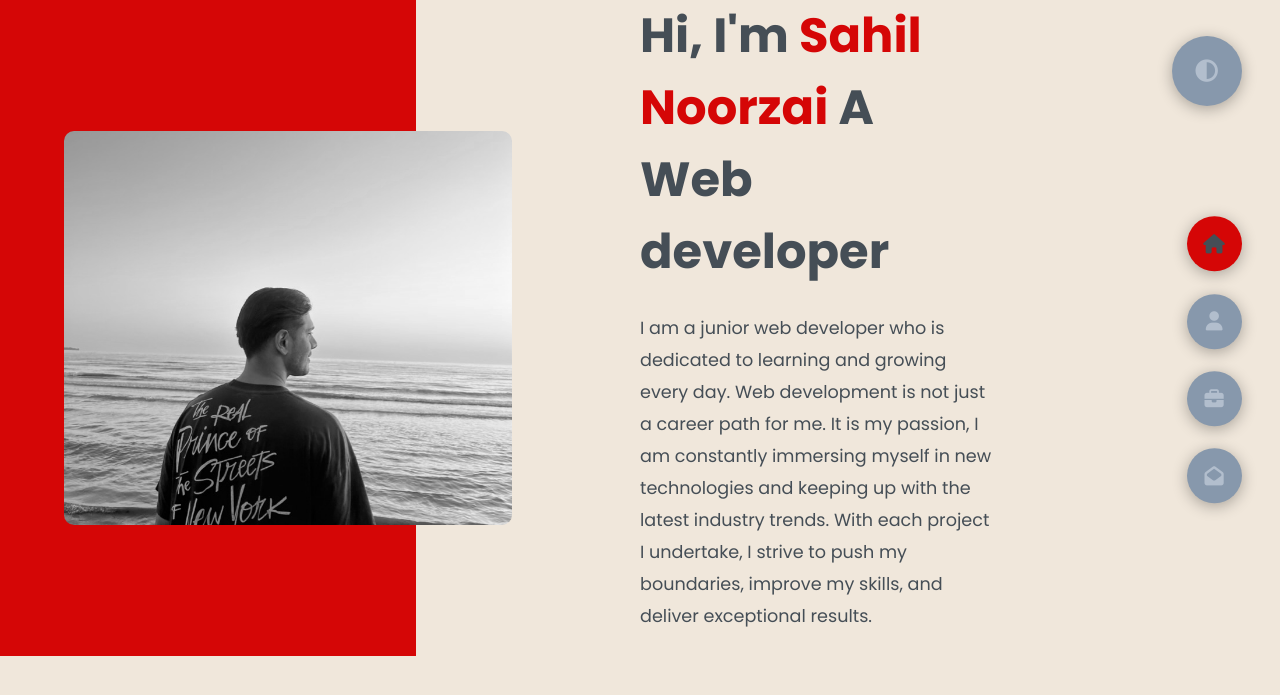
Repository: nftGambler/noorzai-portfolio
Page: index.html
An editor plug-in stored every save of this project. The page is shown before and after the next save, followed by the edit.
The browser window is 1280 px wide. The pictures show the whole page.
After loading, the first visible `div.theme-btn` was clicked once.
The style sheet was rebuilt from its Sass, Less or Tailwind sources for each picture, by a compiler version that may differ from the author's.

Above is the page before, as saved 2023-11-23 21:33:29.

### index.html
<!DOCTYPE html>
<html lang="en">
<head>



  <link rel="stylesheet" href="https://cdnjs.cloudflare.com/ajax/libs/font-awesome/6.4.0/css/all.min.css" integrity="sha512-iecdLmaskl7CVkqkXNQ/ZH/XLlvWZOJyj7Yy7tcenmpD1ypASozpmT/E0iPtmFIB46ZmdtAc9eNBvH0H/ZpiBw==" crossorigin="anonymous" referrerpolicy="no-referrer">
  <link rel="stylesheet" href="/style/styles.css">
  <link rel="preconnect" href="https://fonts.googleapis.com">
  <link rel="preconnect" href="https://fonts.gstatic.com" crossorigin>
  <link href="https://fonts.googleapis.com/css2?family=Poppins:wght@400;500;600;700;800&display=swap" rel="stylesheet">
  <meta charset="UTF-8">
  <meta http-equiv="X-UA-Compatible" content="IE=edge">
  <meta name="viewport" content="width=device-width, initial-scale=1.0">
  <title>Portfolio</title>
</head>
<body class="main-content">

<header class="section sec1 header active" id="home">
  <div class="header-content">
    <div class="left-header">
      <div class="h-shape"></div>
      <div class="image">
        <img src="/images/D34CA683-6714-454B-97C2-18B314A18C3F_1_105_c.jpeg">
      </div>


    </div>
    <div class="right-header">
  <h1 class="name">Hi, I'm <span>Sahil Noorzai</span> A Web developer</h1>
  <p>
    I am a junior web developer who is dedicated to learning and growing
    every day. Web development is not just a career path for me. It is my passion, I am constantly
    immersing myself in new technologies and keeping up with the latest industry trends.
    With each project I undertake, I strive to push my boundaries, improve my skills, and deliver exceptional results.
  </p>

    </div>
  </div>

</header>

<main>
  <section class="section sec2 about" id="about">

    <div class="main-title">
        <h2>About <span>me</span> <span class="bg-text"></span></h2>
    </div>

    <div class="about-container">
      <div class="left-about">
        <h4>Information About me</h4>
        <p>
          As a passionate front-end developer, I have embarked on an inspiring self-taught
          journey for the past 1.5 years. Motivated by deep curiosity for web development and a desire
          to expand my skillset, I have dedicated countless hours to honing my craft independently. Throughout this time,
          I have proactively sought out a diverse range of resources, online tutorials, and coding communities, which have played
          a pivotal role in shaping my expertise. From humble beginnings to successfully completing numerouse personal projects, each step
          of this transformative journey has reinforced my adaptabillity, resourcefulness, and unwavering commitment to excellence in front-end development.
        </p>

        <div class="btn-con">

        </div>

      </div>

      <div class="right-about">
        <div class="about-item">
          <div class="abt-text">
            <p class="large-text">Javascript</p>

          </div>
        </div>
        <div class="about-item">
          <div class="abt-text">
            <p class="large-text">React JS</p>

          </div>
        </div>
        <div class="about-item">
          <div class="abt-text">
            <p class="large-text">HTML/HTML5</p>

          </div>
        </div>
        <div class="about-item">
          <div class="abt-text">
            <p class="large-text">CSS/Tailwind-CSS</p>

          </div>
        </div>
      </div>

    </div>

    <div class="about-stats">
      <h4 class="stat-title">My Skills</h4>
  </section>


  <section class="section sec3 portfolio" id="portfolio">

  <div class="main-title">
      <h2>My <span>Portfolio</span><span class="bg-text"></span></h2>
  </div>
  <p class="port-text">
    Several hands-on projects from reputable online courses and tutorials.
  </p>

<div class="portfolios">



  <div class="portfolio-item">
    <div class="image">
      <img src="/images/pngwing.com-3.png" alt="">
    </div>
    <div class="hover-items">

      <h3>Project Source</h3>
      <div class="icons">
        <a class="icon" href="https://countriesrestapiproject.netlify.app" target="_blank">
          <i class="fab fa-github"></i>
        </a>
      </div>

    </div>


  </div>


  <div class="portfolio-item">
    <div class="image">
      <img src="/images/crypto.png" alt="">
    </div>
    <div class="hover-items">

      <h3>Project Source</h3>
      <div class="icons">
        <a class="icon" href="https://crypto-project-portfolio.netlify.app" target="_blank">
          <i class="fab fa-github"></i>
        </a>
      </div>

    </div>


  </div>





  <div class="portfolio-item">
    <div class="image">
      <img src="/images/6831872.png" alt="">
    </div>
    <div class="hover-items">

      <h3>Project Source</h3>
      <div class="icons">
        <a class="icon" href="https://nftgambler.github.io/Game/" target="_blank">
          <i class="fab fa-github"></i>
        </a>
      </div>

    </div>


  </div>


  <div class="portfolio-item">
    <div class="image">
      <img src="/images/pngwing.com (1).png" alt="">
    </div>
    <div class="hover-items">

      <h3>Project Source</h3>
      <div class="icons">
        <a class="icon" href="https://amazon-portfolio-project.netlify.app/" target="_blank">
          <i class="fab fa-github"></i>
        </a>
      </div>

    </div>


  </div>


  <div class="portfolio-item">
    <div class="image">
      <img src="/images/youtube-logo-png-2067.png" alt="">
    </div>
    <div class="hover-items">

      <h3>Project Source</h3>
      <div class="icons">
        <a class="icon" href="https://youtube-portfolio-project.netlify.app" target="_blank">
          <i class="fab fa-github"></i>
        </a>
      </div>

    </div>


  </div>




  <div class="portfolio-item">
    <div class="image">
      <img src="/images/icons8-pair-app-500.png" alt="">
    </div>
    <div class="hover-items">

      <h3>Project Source</h3>
      <div class="icons">
        <a class="icon" href="https://small-api-project.netlify.app" target="_blank">
          <i class="fab fa-github"></i>
        </a>
      </div>

    </div>


  </div>
</div>


  </section>


  <section class="section sec5 contacts" id="contact">

    <div class="contact-container">
      <div class="main-title">
        <h2>Contact<span>Me</span><span class="bg-text"></span></h2>
      </div>
      <div class="contact-content-container">
        <div class="left-contact">

          <div class="contact-info">
            <div class="contact-item">
              <div class="icon">
                <i class="fas fa-envelope"></i>
                <span>Email</span>
              </div>
              <p>
                <span>sharo.s.n@hotmail.com</span>
              </p>
            </div>

            <div class="contact-item">
              <div class="icon">
                <i class="fas fa-user-graduate"></i>
                <span>Mobile Number</span>
              </div>
              <p>
                <span>438-528-6982</span>
              </p>
            </div>


            <div class="contact-item">
              <div class="icon">
                <i class="fas fa-map-marker-alt"></i>
                <span>Location</span>
              </div>
              <p>
                <span>
                  Montreal, Canada
                </span>
              </p>
            </div>


            <div class="contact-item">
              <div class="icon">
                <i class="fa-solid fa-globe"></i>
                <span>Languages</span>
              </div>
              <p>
                <span>
                  German, Persian, English
                </span>
              </p>
            </div>
          </div>



        </div>



          <div class="right-contact">

            <form action="mailto:sharo.s.n@hotmail.com" method="post" enctype="text/plain">
              <div class="form-group">
                <label for="name">Name:</label>
                <input class="input-control" type="text" id="name" name="name" required>
              </div>
              <div class="form-group">
                <label for="email">Email:</label>
                <input class="input-control" type="email" id="email" name="email" required>
              </div>
              <div class="form-group">
                <label for="message">Message:</label>
                <textarea class="input-control" id="message" name="message" rows="4" required></textarea>
              </div>
              <button class="submit-btn" type="submit">Send</button>
            </form>
          </div>




      </div>

    </div>

  </section>


</main>


<div class="controlls">
  <div class="control control-1 active-btn" data-id="home">
    <i class="fas fa-house"></i>
  </div>
  <div class="control control-2" data-id="about">
    <i class="fas fa-user"></i>
  </div>
  <div class="control control-3" data-id="portfolio">
    <i class="fas fa-briefcase"></i>
  </div>
  <div class="control control-5" data-id="contact">
    <i class="fas fa-envelope-open"></i>
  </div>
</div>

<div class="theme-btn">
  <i class="fas fa-adjust"></i>
</div>




<script src="/app.js"></script>
</body>
</html>

### app.js
const sections = document.querySelectorAll(".section");
const sectBtns = document.querySelectorAll(".controlls");
const allSections = document.querySelectorAll(".main-content");

function PageTransition() {
  // Button click active class
  const sectBtn = document.querySelectorAll(".control");

  for (let i = 0; i < sectBtn.length; i++) {
    sectBtn[i].addEventListener('click', function(){
      let currentBtn = document.querySelector('.active-btn');
      if (currentBtn) {
        currentBtn.classList.remove('active-btn');
      }
      this.classList.add('active-btn');
    });

  }

  allSections.forEach((section) => {
    section.addEventListener('click', (e) => {
      const id = e.target.dataset.id;
      if (id) {
        sectBtns.forEach((btn) => {
          btn.classList.remove('active');
        });
        e.target.classList.add('active');

        sections.forEach((section) => {
          section.classList.remove('active');
        });
        const element = document.getElementById(id);
        element.classList.add('active');
      }
    });
  });
  //Toggle theme
  const themeBtn = document.querySelector('.theme-btn');
  themeBtn.addEventListener('click', () => {
    let element = document.body;
    element.classList.toggle('light-mode')
  })
}

PageTransition();

### style/styles.scss


* {
  margin: 0;
  padding: 0;
  box-sizing: border-box;
  list-style: none;
}


:root {
  --color-primary: #191d2d;
  --color-secondary: #d50606;
  --color-white: #FFFFFF;
  --color-black: #000;
  --color-grey0: #f8f8f8;
  --color-grey-1: #dbe1e8;
  --color-grey-2: #b2becd;
  --color-grey-3: #6c7983;
  --color-grey-4: #454e56;
  --color-grey-5: #2a2e35;
  --color-grey-6: #12181b;
  --br-sm-2: 14px;
  --box-shadow-1: 0 3px 15px rgba(0,0,0,.3)
}

.light-mode{
  --color-primary: rgb(240,231,219);
  --color-secondary: #d50606;
  --color-white: #454e56;
  --color-black: #000;
  --color-grey0: #f8f8f8;
  --color-grey-1: #454e56;
  --color-grey-2: #b2becd;
  --color-grey-3: #6c7983;
  --color-grey-4: rgb(135, 152, 172);
  --color-grey-5:  #b2becd;
  --color-grey-6: #12181b;
}



body {
  background-color: var(--color-primary);
  font-size: 1.1rem;
  font-family: 'Poppins', sans-serif;
  color: var(--color-white);
  transition: all .4s ease-in-out;
}

a{
  display: inline-block;
  text-decoration: none;
  color: inherit;
  font-family: inherit;
}

header {
  min-height: 100vh;
  color: var(--color-white);
  overflow: hidden;
}

section {
  min-height: 100vh;
  width: 100%;
  position: absolute;
  left: 0;
  top: 0;
  padding: 3rem 18rem;
}


.section{
  transform: translateY(-100);
  transition: all .4s ease-in-out;
  background-color: var(--color-primary);
}

.sec1{
  display: none;
  transform: translateY(0) scale(1);

}

.sec2{
  display: none;
  transform: translateY(0) scale(1);
}

.sec3{
  display: none;
  transform: translateY(0) scale(1);
}

.sec4{
  display: none;
  transform: translateY(0) scale(1);
}

.sec5{
  display: none;
  transform: translateY(0) scale(1);
}

.active{
  display: block;
  animation: scaleAnim 1s ease-in-out;
  @keyframes scaleAnim {
    0%{
      transform: translateY(-100%) scale(0)
    }

     100%{
      transform: translateY(0) scaleY(1);
     }

  }
}


//controls

.controlls{
  position: fixed;
  z-index: 10;
  top: 50%;
  right: 3%;
  display: flex;
  flex-direction: column;
  align-items: center;
  justify-content: center;
  transform: translateY(-50%);



  .active-btn{
    background-color: var(--color-secondary) !important;
    transition: all .4s ease-in-out;
    i{
      color: var(--color-white) !important;
    }
  }

  .control {
    padding: 1rem;
    cursor: pointer;
    background-color: var(--color-grey-4);
    width: 55px;
    height: 55px;
    border-radius: 50%;
    display: flex;
    justify-content: center;
    align-items: center;
    margin: .7rem 0;
    box-shadow: var(--box-shadow-1);
    i{
      font-size: 1.2rem;
      color: var(--color-grey-2);
      pointer-events: none;
    }
  }
}


.theme-btn{
top: 5%;
right: 3%;
width: 70px;
height: 70px;
border-radius: 50%;
background-color: var(--color-grey-4);
cursor: pointer;
position: fixed;
display: flex;
justify-content: center;
align-items: center;
box-shadow: 0 3px 15px rgba(0,0,0,.3);
transition: all .1s ease-in-out;
&:active{
  transform: translateY(-5px);
}
i{
  font-size: 1.4rem;
  color: var(--color-grey-2);
  pointer-events: none;
}
}




.header-content {
  display: grid;
  grid-template-columns: repeat(2, 1fr);
  min-height: 100%;
  .left-header {
    display: flex;
    align-items: center;
    position: relative;
    .h-shape {
      transition: all .4s ease-in-out;
      width: 65%;
      height: 100%;
      background-color: var(--color-secondary);
      position: absolute;
      left: 0;
      top: 0;
      z-index: -1;
      // clip-path: polygon(0 0, 56% 0, 76% 100%, 18% 100%);


    }
    .image {
      border: var(--br-sm-2);
      height: 60%;
      width: 70%;
      margin-left: 4rem;
      // background-color: var(--color-black);
      transition: all .4s ease-in-out;
      border-radius: 10px;
      img {
        width: 100%;
        height: 100%;
        object-fit: cover;
        transition: all .4s ease-in-out;
        border-radius: 10px;


        filter: grayscale(100%);
        &:hover {
          filter: grayscale(0);
        }
      }
    }
  }


  .right-header {
    display: flex;
    flex-direction: column;
    justify-content: center;
    padding-right: 18rem;
    .name {
      font-size: 3rem;

      span{
        color: var(--color-secondary);
      }
    }
    p{
      margin: 1.5rem 0;
      line-height: 2rem;
    }
  }
}



//About

.about-container{
  display: grid;
  grid-template-columns: repeat(2, 1fr);
  padding-top: 3.5rem;
  padding-bottom: 5rem;
  .right-about {
    display: grid;
    grid-template-columns: repeat(2, 1fr);
    grid-gap: 2rem;
    .about-item {
      border: 1px solid var(--color-grey-5);
      border-radius: 5px;
      transition: all .4s ease-in-out;
      box-shadow: 1px 2px 15px rgba(0,0,0,.1);
      &:hover {
        cursor: default;
        transform: translateY(-5px);
        border: 1px solid var(--color-secondary);
        box-shadow: 1px 2px 15px rgba(0,0,0,.32);

      }
      .abt-text{
        padding: 1.5rem;
        display: flex;
        flex-direction: column;
        .large-text{
          margin: auto;
          font-size: 2.5rem;
          font-weight: 700;
          color: var(--color-secondary);
        }
        .small-text{
          padding-left: 3rem;
          position: relative;
          text-transform: uppercase;
          font-size: 1.2rem;
          color: var(--color-grey-1);
          letter-spacing: 2px;
          &::before{
            content: '';
            position: absolute;
            left: 0;
            top: 15px;
            width: 2rem;
            height: 2px;
            background-color: var(--color-grey-5);
          }
        }
      }
    }
  }


  .left-about{
    padding-right: 5rem;
    p{
      line-height: 2rem;
      padding: 1rem;
      color: var(--color-grey-1);
    }
    h4{
      font-size: 2rem;
      text-transform: uppercase;
    }
  }
}


.stat-title {
  text-transform: uppercase;
  font-size: 1.4rem;
  text-align: center;
  padding: 3.5rem 0;
  position: relative;
  // gray line
  &::before{
    content: '';
    position: absolute;
    left: 50%;
    top: 0;
    width: 40%;
    height: 1px;
    background-color: var(--color-grey-5);
    transform: translateX(-50%);
  }
}







//Contact section

.contact-content-container {

  display: flex;
  padding-top: 3.5rem;
  flex-direction: column;
  .left-contact {
    flex: 2;
    h4{
      margin-top: 1rem;
      font-size: 2rem;
      text-transform: uppercase;
    }
    p {
      margin: 1rem 0;
      line-height: 2rem;
    }

    .contact-info{
      .contact-item{
        display: flex;
        align-items: center;
        justify-content: space-between;


        p{
          margin: .3rem 0 !important;
          padding: 0 !important;
        }
        .icon{
          display: grid;
          grid-template-columns: 40px 1fr;
          i{
            display: flex;
            align-items: center;
            font-size: 1.3rem;
          }
        }
      }
    }
    .contact-icon{
      display: flex;
      margin: 2rem;

    }
  }

  .right-contact {
    display: flex;
    flex-direction: column;
    max-width: 500px;
    margin-top: 10rem;


    .input-control {

      background-color: var(--color-grey-5);
      border: none;
      border-radius: 30px;
      font-weight: inherit;
      font-size: inherit;
      font-family: inherit;
      padding: .8rem 1.1rem;
      outline: none;
      width: 100%;
      color: var(--color-white);
      resize: none;
    }
  }

  .submit-btn{

        display: flex;
        justify-content: flex-start;
        padding: .4rem 2rem;
        border-radius: 20px;
        border: none;
        background-color: var(--color-grey-5);
        color: white;
      }



}









/*Independent components*/
.btn-con{
  display: flex;
  align-self: flex-start;
}
.main-btn {
  border-radius: 30px;
  color: inherit;
  font-weight: 600;
  position: relative;
  border: 1px solid var(--color-secondary);
  display: flex;
  align-self: flex-start;
  align-items: center;
  overflow: hidden;
  .btn-text {
    padding: 0 2rem;
  }
  .btn-icon{
    background-color: var(--color-secondary);

    display: flex;
    align-items: center;
    justify-self: center;
    border-radius: 50%;
    padding: 1rem;
  }


  .submit-button{
    background-color: transparent;
    color: white;
    border: none;
  }

  &::before{
    content: '';
    position: absolute;
    top: 0;
    right: 0;
    transform: translateX(100%);
    transition: all .4s ease-in-out;
    z-index: -1;
  }

  &:hover{
    &::before{
      width: 100%;
      height: 100%;
      background-color: var(--color-secondary);
      transform: translateX(0);
    }
  }
}


.main-title {
  text-align: center;
  h2{
    position: relative;
    text-transform: uppercase;
    font-size: 4rem;
    font-weight: 700;

    span{
      color: var(--color-secondary);
    }

    .bg-text{
      position: absolute;
      top: 50%;
      left: 50%;
      color: var(--color-grey-5);
      transition: all .4s ease-in-out;
      z-index: -1;
      transform: translate(-50%, -50%);
      font-weight: 800;
      font-size: 6.3rem;
    }

  }
}




.port-text{
  padding: 2rem 0;
  text-align: center;
  color: var(--color-grey-3);
}

.portfolios{
  display: grid;
  grid-template-columns: repeat(3, 1fr);
  grid-gap: 2rem;
  margin-top: 3rem;
  .portfolio-item{
    position: relative;
    img{
      width: 80%;
      height: 100%;
      object-fit: cover;
    }
    .hover-items{
      width: 100%;
      height: 100%;
      background-color: var(--color-secondary);
      position:absolute;
      left: 0;
      top: 0;
      border-radius: 15px;
      display: flex;
      justify-content: center;
      align-items: center;
      flex-direction: column;
      //to change the background to default
      opacity: 0;
      transform: scale(0);
      transition: all .4s ease-in-out;
      h3{
        font-size: 1rem;
        margin-bottom: 1rem;
        color: var(--color-white);
      }
      .icons {
        display: flex;
        justify-content: center;
        align-items: center;
        .icon{
          background-color: var(--color-primary);
          border-radius: 50%;
          width: 50px;
          height: 50px;
          display: flex;
          align-items: center;
          justify-content: center;
          margin: 0 1rem;
          cursor: pointer;
          transition: all .4s ease-in-out;

          i{
            font-size: 1rem;
            color: var(--color-white);
            margin: 0 1rem;
          }
          &:hover {
            background-color: var(--color-white);
            i{
              color: var(--color-primary);
            }
          }
        }


      }
    }
  }
}


.portfolio-item:hover .hover-items{
  opacity: 1;
  transform: scale(1);
}

@import './media';

### style/_media.scss

@media screen and (max-width: 600px) {

  .about-container{


    .right-about{
      padding-top: 2.5rem;
      grid-template-columns: 1fr;
    }

    .left-about{
      padding-right: 0;
      p{
        padding-left: 0;

      }
    }
  }

}

@media screen and (max-width: 900px){
  header{
    padding: 0;
  }
  header .right-header{
    padding: 2rem !important;
  }

.theme-btn{
  width: 50px;
  height: 50px;
}

.header-content {
  grid-template-columns: 1fr;
  padding-bottom: 6rem;
}

.left-header{
  .h-shape{
    display: none;
  }
}

.right-header{
  grid-row: 1;
  width: 90%;
  margin: 0 auto;
  .name{
    font-size: 2.5rem !important;
  }
}

.header-content .left-header .image {
  margin: 0 auto;
  width: 90%;
  height: 100%;
}

.about-container{
  grid-template-columns: 1fr;
  .right-about{
    padding-top: 2.5rem;
  }

  .left-about{
    padding-right: 0;
    p{
      padding-left: 0;
    }
  }
}

.about-stats{
  .progress-bars{
    grid-template-columns: 1fr;
  }
}

.portfolios{
  grid-template-columns: 1fr 1fr;
  padding-bottom: 2rem;

}


.contact-content-container{

  flex-direction: column;
  .right-contact{
    margin-left: 0;
    margin-top: 2.5rem;
  }
}


.section{
  padding: 2rem 2.5rem !important;
}

.main-title{
  h2{
    font-size: 2rem;
    span{
      font-size: 1.5rem;
    }
    .bg-text{
      font-size: 3rem;
    }
  }
}


  .controlls{
    top: auto;
    bottom: 0;
    flex-direction: row;
    justify-content: center;
    left: 50%;
    transform: translateX(-50%);
    width: 100%;
    background-color: var(--color-grey-5);
    .control{
      margin: 1rem .3rem;
    }
  }
}





@media screen and (max-width: 1900px){

  .about-container{
    grid-template-columns: 1fr;
    .right-about{
      padding-top: 2.5rem;

    }

    .left-about{
      padding-right: 0;
      p{
        padding-left: 0;
      }
    }
  }

  .about-stats{
    .progress-bars{
      grid-template-columns: 1fr;
    }
  }



  .main-title{
    h2{
      font-size: 1rem;

      span{
        font-size: 2rem;
      }
      .bg-text{
        display: none;
      }
    }
  }



.contact-content-container{
  flex-direction: column;

  .right-contact{
    margin-left: 0;
    margin-top: 2.5rem;

  }
}

}

After the next save:
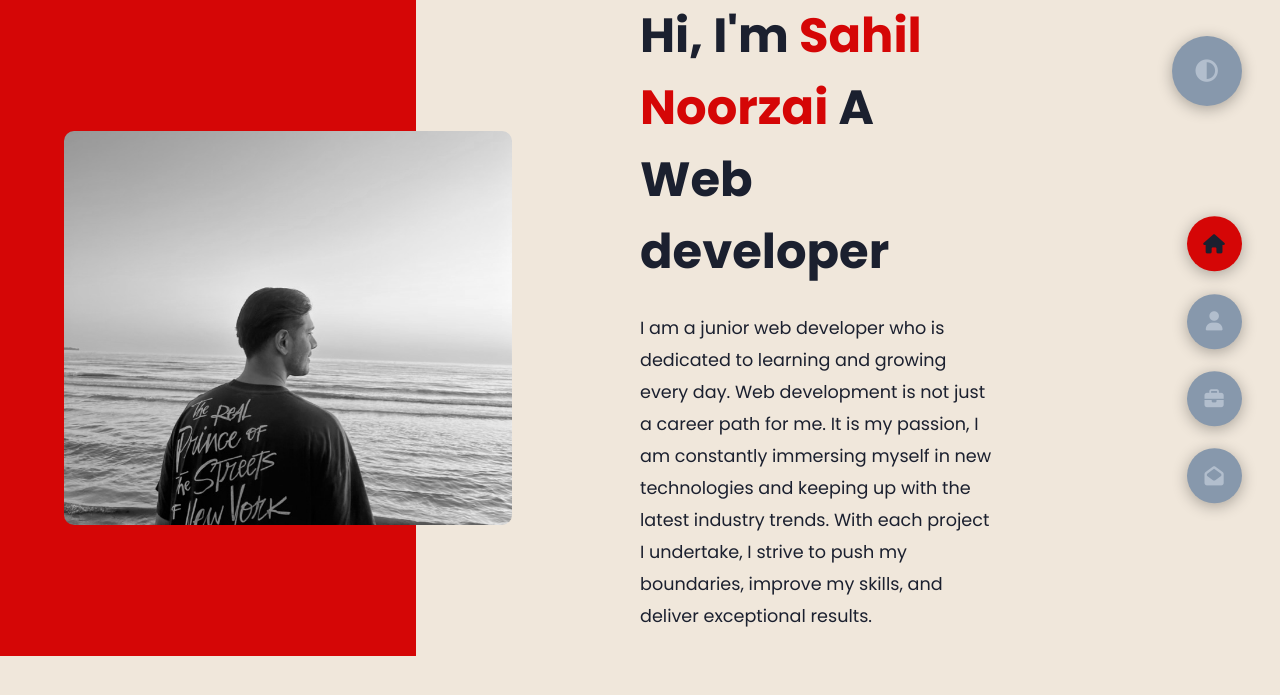
Saved 36 s later.
--- a/style/styles.scss
+++ b/style/styles.scss
@@ -27,7 +27,7 @@
 .light-mode{
   --color-primary: rgb(240,231,219);
   --color-secondary: #d50606;
-  --color-white: #454e56;
+  --color-white: rgb(27,32,47);
   --color-black: #000;
   --color-grey0: #f8f8f8;
   --color-grey-1: #454e56;
